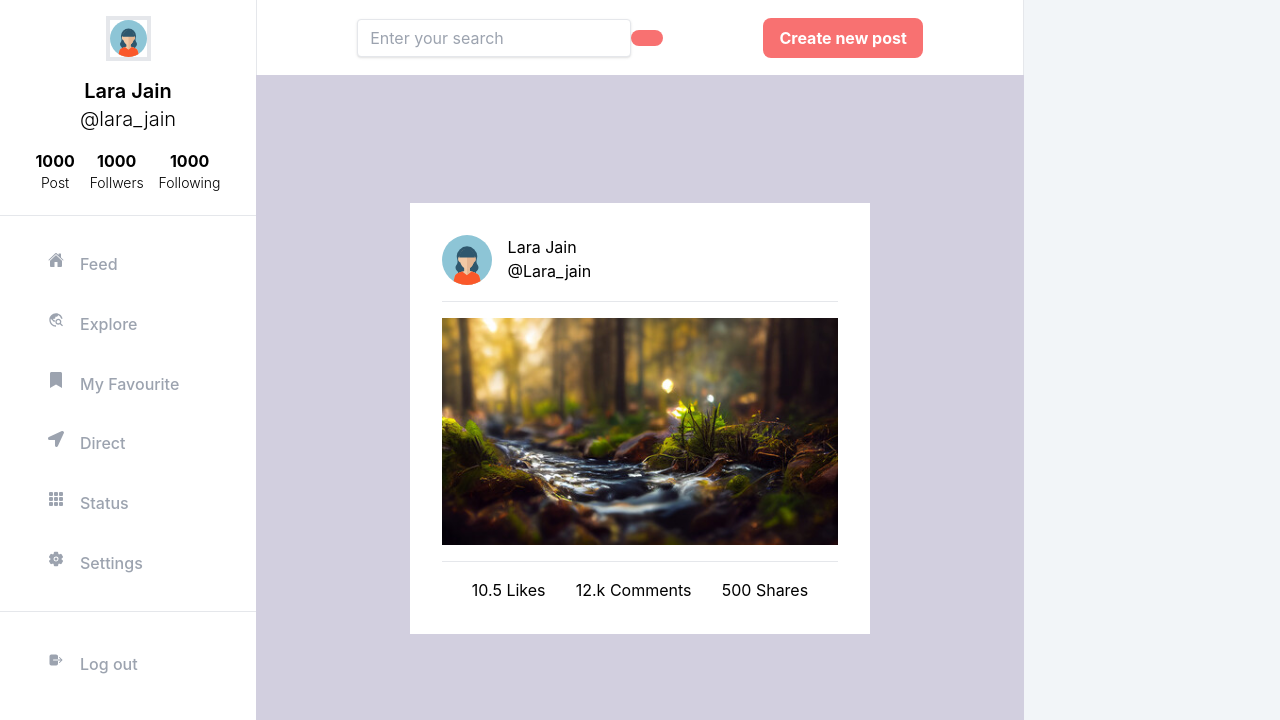
Repository: cosmicswati/upgrad-captions-project
Page: /
These files come from the project's save history. The page is drawn as it stood at one moment and after the next save; the edit follows.
The browser window is 1280 px wide. The pictures show the whole page.
An inner scrolling area shows only its first screen. The project was rebuilt for these pictures with package versions that can differ from the ones it lists, and the page was loaded fresh each time. Also part of the build but not shown: src/modules/Home/data.js, src/modules/Authorization/Form.jsx, src/modules/Authorization/index.js.

Above is the page before, as saved 2024-04-12 11:02:31.

### src/index.css
@tailwind base;
@tailwind components;
@tailwind utilities;

body {
  margin: 0;
  font-family: -apple-system, BlinkMacSystemFont, 'Segoe UI', 'Roboto', 'Oxygen',
    'Ubuntu', 'Cantarell', 'Fira Sans', 'Droid Sans', 'Helvetica Neue',
    sans-serif;
  -webkit-font-smoothing: antialiased;
  -moz-osx-font-smoothing: grayscale;
}

code {
  font-family: source-code-pro, Menlo, Monaco, Consolas, 'Courier New',
    monospace;
}

.scrollbar-hide::-webkit-scrollbar{
  display: none;
}

### src/App.js
import React from 'react';
import Routes from './routes'
function App() {
  return (
    <div>
      {/* <Auth />  */}
      <Routes/>
    </div>
  );
}

export default App;

### src/routes/index.js
import React from 'react';
import Home from '../modules/Home';
import Form from '../modules/Authorization'
import { Navigate, Route, Routes as Router } from 'react-router-dom';


const PrivateRoute =({children}) => {
    const isUserLoggedIn = window.localStorage.getItem('user:token') || true
    const isFormPages = window.location.pathname.includes('account')

    if(isUserLoggedIn && !isFormPages){
        return children
    }else if (!isUserLoggedIn && isFormPages){
        return children
    }else{
        const redirectUrl = isUserLoggedIn ? '/' : '/account/signin'
       return <Navigate to={redirectUrl} replace/>
    }

}

const Routes = () => {
    const routes = [
         {
            id : 1,
           name : 'home',
           path : '/',
           Components : <Home/>
         },
         {
            id : 2,
           name : 'sign in',
           path : '/account/signin',
           Components : <Form/>
         },
         {
            id : 3,
           name : 'sign up',
           path : '/account/signup',
           Components : <Form/>
         },
    ]
  return (
    <Router>
        {
            routes.map(({id, name, path, Components}) => {
                return <Route key={id} path={path} element={<PrivateRoute>{Components}</PrivateRoute>} />
            })
        }
    </Router>
  );
};

export default Routes;

### src/modules/Home/index.js
import React from 'react'
import { ReactComponent as Avatar} from '../../assets/Avatar.svg'
import Input from '../../components/Input'
import Button from '../../components/Button'
import postImg from '../../assets/postImg.jpg'
import { IoHome } from "react-icons/io5";
import { MdOutlineTravelExplore } from "react-icons/md";
import { FaBookmark } from "react-icons/fa";
import { FaLocationArrow, FaSearch  } from "react-icons/fa";
import { BsFillGrid3X3GapFill } from "react-icons/bs";
import { IoSettings , IoLogOut} from "react-icons/io5";
import { stats, navigations } from './data'

const Home = () => {
  return (
    <div className='h-screen bg-[#d2cfdf]  flex overflow-hidden'>
        <div className='w-[20%] bg-white flex flex-col'>
            <div className='h-[30%] flex justify-center items-center border-b'>
                <div className='flex flex-col justify-center items-center'>
                    <Avatar width={'45px'} height={'45px'} className='border-4 rounded-fullp-2'/>
                    <div className='my-4 text-center'>
                         <h3 className='text-xl font-semibold'>Lara Jain</h3>
                         <p className='text-xl font-light'>@lara_jain</p>
                    </div>
                    <div className='h-[50px] flex justify-around w-[200px] text-center'>
                        {
                            stats.map(({id, name, stats}) => {
                                return(
                                <div key={id}>
                                  <h4 className='font-bold'>{stats}</h4>
                                 <p className='font-light text-sm'>{name}</p>
                            </div>
                             )
                          })
                        }
                    </div>
                </div>
            </div>
            <div className='h-[55%] flex flex-col justify-evenly pl-12 border-b text-gray-400 text-md font-medium'>
                <div className='flex cursor-pointer hover:text-[#F00F51]'><span className='mr-4'><IoHome /></span>Feed</div>
                <div className='flex cursor-pointer hover:text-[#F00F51]'><span className='mr-4'><MdOutlineTravelExplore /></span>Explore</div>
                <div className='flex cursor-pointer hover:text-[#F00F51]'><span className='mr-4'><FaBookmark /></span>My Favourite</div>
                <div className='flex cursor-pointer hover:text-[#F00F51]'><span className='mr-4'><FaLocationArrow /></span>Direct</div>
                <div className='flex cursor-pointer hover:text-[#F00F51]'><span className='mr-4'><BsFillGrid3X3GapFill /></span>Status</div>
                <div className='flex cursor-pointer hover:text-[#F00F51]'><span className='mr-4'><IoSettings /></span>Settings</div>
            </div>
            <div className='h-[15%] pt-10 text-gray-400 text-md font-medium'>
                <div className='ml-12 cursor-pointer flex hover:text-[#F00F51]'> <span className='mr-4'><IoLogOut /></span>Log out</div>
            </div>
        </div>
        <div className='w-[60%] overflow-scroll h-full scrollbar-hide'>
            <div className='bg-white h-[75px] border-l border-r flex justify-evenly items-center pt-4'>
                 <div className='flex justify-center items-center'>
                    <Input placeholder='Enter your search' className='w-[400px] rounded-full'/>
                    <Button icon={<FaSearch />}  className='rounded-full bg-red-400 hover:bg-red-500 mb-4'/>
                 </div>
                 <Button icon={<IoHome />} label='Create new post'  className='rounded-lg bg-red-400 hover:bg-red-500 mb-4'/>
            </div>
            <div className='bg-white w-[60%]  mx-auto mt-32 p-8'>
                <div className='border-b flex item-center pb-4 mb-4'>
                    <Avatar width={'50px'} height={'50px'} />
                   <div className='ml-4'>
                   <h3>Lara Jain</h3>
                    <p>@Lara_jain</p>
                   </div>
                </div>
                <div className='border-b pb-4 mb-4'>
                    <img src={postImg} width={'500px'}/>
                </div>
                <div className='flex justify-evenly mt-4'>
                    <div>10.5 Likes</div>
                    <div>12.k Comments</div>
                    <div>500 Shares</div>
                </div>
            </div>
            <div className='bg-white w-[60%]  mx-auto mt-32 p-8'>
                <div className='border-b flex item-center pb-4 mb-4'>
                    <Avatar width={'50px'} height={'50px'} />
                   <div className='ml-4'>
                   <h3>Lara Jain</h3>
                    <p>@Lara_jain</p>
                   </div>
                </div>
                <div className='border-b pb-4 mb-4'>
                    <img src={postImg} width={'500px'}/>
                </div>
                <div className='flex justify-evenly mt-4'>
                    <div>10.5 Likes</div>
                    <div>12.k Comments</div>
                    <div>500 Shares</div>
                </div>
            </div>
        </div>

        <div className='w-[20%] bg-[#F2F5F8]'>

            </div>
    </div>
  )
}

export default Home

### src/components/Input/index.js
import React from 'react'

const Input = ({
    name = '',
    label ='',
    type ='',
    placeholder =''
}) => {
  return (
    <div class="mb-4">
        {
          label &&
          <label class="block text-gray-700 text-sm font-bold mb-2" for={name}>
             {label}
          </label>
        }

        <input class="shadow apperance-none border rounded w-full py-2 px-3
         text-gray-700 leading-tight focus:outline-none focus:shadow-outline"
         id={name} type={type} placeholder={placeholder} />

    </div>
  )

}

export default Input

### src/components/Button/index.js
import React from 'react'

const Button = ({
    label ='',
    className =''
}) => {
  return (
    <button className={`bg-blue-500 hover:bg-blue-700 text-white font-bold py-2 px-4 rounded ${className}`}>
      {label}
  </button>
  )
}

export default Button

### tailwind.config.js
/** @type {import('tailwindcss').Config} */
module.exports = {
 mode:'jit',
 purge: [
  './public/**/*.html',
  './src/**/*.{js,jsx,ts,tsx,vue}',
 ],
  content: [
    "./src/**/*.{js,jsx,ts,tsx}",
  ],
  theme: {
    extend: {},
  },
  plugins: [],
}

Loaded but not shown: public/index.html (common file); src/index.js (common file); src/reportWebVitals.js (common file)

After the next save:
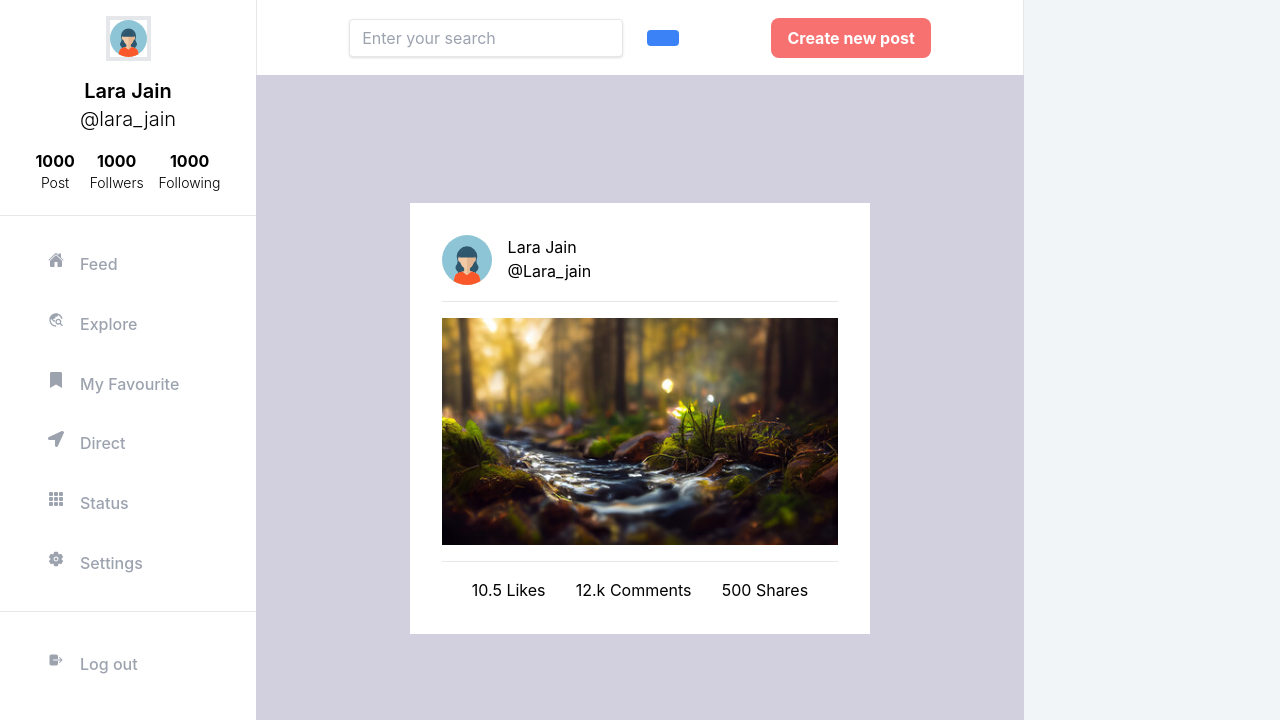
Saved 47 s later.
--- a/src/modules/Home/index.js
+++ b/src/modules/Home/index.js
@@ -52,7 +52,7 @@ const Home = () => {
             <div className='bg-white h-[75px] border-l border-r flex justify-evenly items-center pt-4'>
                  <div className='flex justify-center items-center'>
                     <Input placeholder='Enter your search' className='w-[400px] rounded-full'/>
-                    <Button icon={<FaSearch />}  className='rounded-full bg-red-400 hover:bg-red-500 mb-4'/>
+                    <Button icon={<FaSearch />}  className='mb-4 ml-6 '/>
                  </div>
                  <Button icon={<IoHome />} label='Create new post'  className='rounded-lg bg-red-400 hover:bg-red-500 mb-4'/>
             </div>
